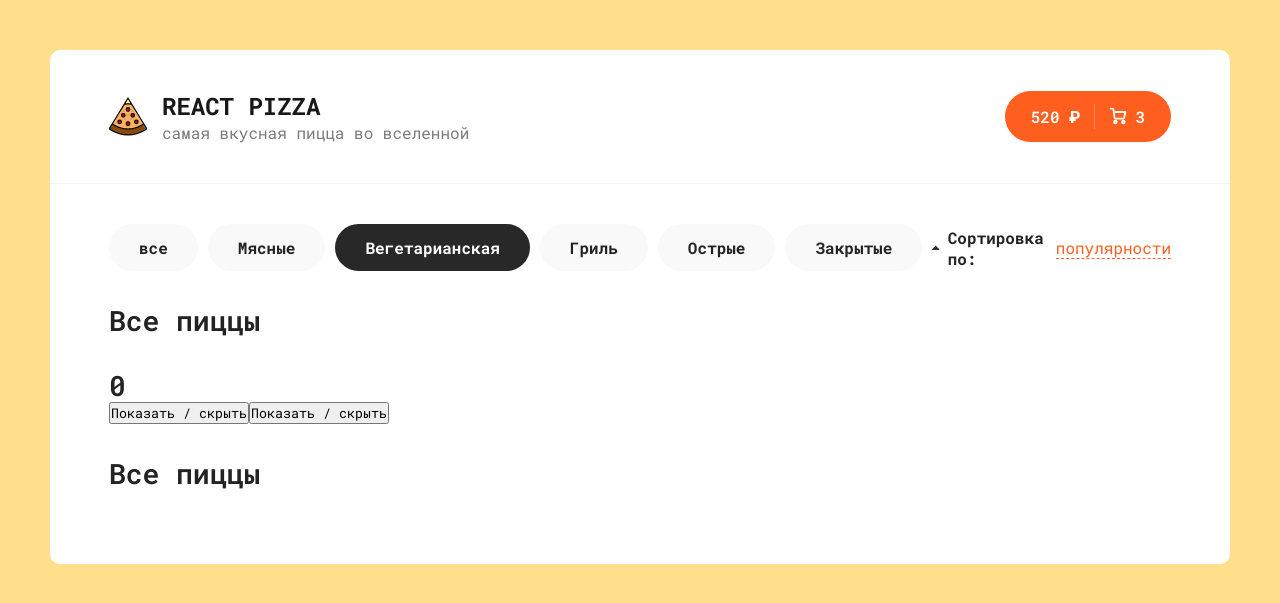
Repository: TI-IT/react-pizza2
Page: /
An editor plug-in stored every save of this project. The page is shown before and after the next save, followed by the edit.
The browser window is 1280 px wide. The pictures show the whole page.
The project was rebuilt for these pictures with package versions that can differ from the ones it lists, and the page was loaded fresh each time. Also part of the build but not shown: src/components/PizzaBlock.jsx.

Above is the page before, as saved 2022-10-09 13:25:19.

### public/index.html
<!DOCTYPE html>
<html lang="en">
  <head>
    <meta charset="utf-8" />
    <link rel="icon" href="%PUBLIC_URL%/favicon.ico" />
    <link rel="preconnect" href="https://fonts.googleapis.com" />
    <link rel="preconnect" href="https://fonts.gstatic.com" crossorigin />
    <link
      href="https://fonts.googleapis.com/css2?family=Roboto+Mono:wght@300;400;500;600;700&display=swap"
      rel="stylesheet"
    />
    <meta name="viewport" content="width=device-width, initial-scale=1" />
    <meta name="theme-color" content="#000000" />
    <meta
      name="description"
      content="Web site created using create-react-app"
    />
    <link rel="apple-touch-icon" href="%PUBLIC_URL%/logo192.png" />
    <!--
      manifest.json provides metadata used when your web app is installed on a
      user's mobile device or desktop. See https://developers.google.com/web/fundamentals/web-app-manifest/
    -->
    <link rel="manifest" href="%PUBLIC_URL%/manifest.json" />
    <!--
      Notice the use of %PUBLIC_URL% in the tags above.
      It will be replaced with the URL of the `public` folder during the build.
      Only files inside the `public` folder can be referenced from the HTML.

      Unlike "/favicon.ico" or "favicon.ico", "%PUBLIC_URL%/favicon.ico" will
      work correctly both with client-side routing and a non-root public URL.
      Learn how to configure a non-root public URL by running `npm run build`.
    -->
    <title>React App</title>
  </head>
  <body>
    <noscript>You need to enable JavaScript to run this app.</noscript>
    <div id="root"></div>
    <!--
      This HTML file is a template.
      If you open it directly in the browser, you will see an empty page.

      You can add webfonts, meta tags, or analytics to this file.
      The build step will place the bundled scripts into the <body> tag.

      To begin the development, run `npm start` or `yarn start`.
      To create a production bundle, use `npm run build` or `yarn build`.
    -->
  </body>
</html>

### src/App.js
import React from 'react'
import './scss/app.scss'
import Header from './components/Header'
import Categories from './components/Categories'
import Sort from './components/Sort'
import PizzaBlock from './components/PizzaBlock'
import pizzas from './assets/pizza.json'

function App() {
  const [items, setItems] = React.useState([])

  const [count, setCount] = React.useState(0)

  const [visableH1, setVisableH1] = React.useState(true)

  const onClickVisable = () => {
    setVisableH1(tt => !tt)
  }
  //componentDidUpdate(), componentDidMount(), componentWillUnmount
  React.useEffect(() => {
    console.log('Обновление чего либо')
  })

  const link = 'https://63427733ba4478d4783c44ef.mockapi.io/items'
  // fetch(link)
  //   .then(res => {
  //     return res.json()
  //   })
  //   .then(json => {
  //     setItems(json)
  //   })

  return (
    <div className="wrapper">
      <Header />
      <div className="content">
        <div className="container">
          <div className="content__top">
            <Categories />
            <Sort />
          </div>
          {visableH1 && <h2 className="content__title">Все пиццы</h2>}
          <h2>{count}</h2>
          <button onClick={onClickVisable}>Показать / скрыть</button>
          <button onClick={() => setCount(count + 1)}>Показать / скрыть</button>

          <h2 className="content__title">Все пиццы</h2>
          <div className="content__items">
            {items.map(obj => (
              <PizzaBlock key={obj.id} {...obj} />
            ))}
          </div>
        </div>
      </div>
    </div>
  )
}

export default App

### src/scss/app.scss
@import './_variables.scss';
@import 'libs/_normalize.scss';

@import 'components/_all.scss';


body {
  background-color: $background;
}

.wrapper {
  width: calc(100vw - 100px);
  height: 100%;
  background-color: #fff;
  margin: 50px auto;
  border-radius: 10px;
  max-width: 1400px;
}

.content {
  padding: 40px 0;

  &__title {
    margin: 35px 0;
  }

  &__items {
    display: flex;
    flex-wrap: wrap;
    justify-content: space-between;
  }

  &__top {
    display: flex;
    align-items: center;
    justify-content: space-between;
  }
}

.container {
  width: $container-width;
  margin: 0 auto;

  &--cart {
    max-width: 820px;
    margin: 90px auto;
    .content__title {
      margin: 0;
    }
  }
}

.cart {
  &__top {
    display: flex;
    justify-content: space-between;
    align-items: center;
  }

  .content__title {
    display: flex;
    align-items: center;
    font-size: 32px;

    svg {
      position: relative;
      top: -2px;
      width: 30px;
      height: 30px;
      margin-right: 10px;
      path {
        stroke: $black;
        stroke-width: 1.9;
      }
    }
  }

  &__clear {
    display: flex;
    align-items: center;
    cursor: pointer;
    @include noselect();

    span {
      display: inline-block;
      margin-left: 7px;
      color: #b6b6b6;
      font-size: 18px;
    }

    span,
    svg,
    path {
      transition: all $duration ease-in-out;
    }

    &:hover {
      svg {
        path {
          stroke: darken($color: #b6b6b6, $amount: 50);
        }
      }
      span {
        color: darken($color: #b6b6b6, $amount: 50);
      }
    }
  }

  &__item {
    display: flex;
    width: 100%;
    border-top: 1px solid $gray-line;
    padding-top: 30px;
    margin-top: 30px;

    &-img {
      display: flex;
      align-items: center;
      margin-right: 15px;
      width: 10%;

      img {
        width: 80px;
        height: 80px;
      }
    }

    &-info {
      display: flex;
      flex-direction: column;
      justify-content: center;
      width: 40%;

      h3 {
        font-weight: bold;
        font-size: 22px;
        line-height: 27px;
        letter-spacing: 0.01em;
      }

      p {
        font-size: 18px;
        color: #8d8d8d;
      }
    }

    &-count {
      display: flex;
      align-items: center;
      justify-content: space-between;
      width: 13%;

      &-minus {
        svg {
          path:first-of-type {
            display: none;
          }
        }
      }

      b {
        font-size: 22px;
      }
    }

    &-price {
      display: flex;
      align-items: center;
      justify-content: center;
      width: 33%;

      b {
        font-weight: bold;
        font-size: 22px;
        letter-spacing: 0.01em;
      }
    }

    &-remove {
      display: flex;
      align-items: center;
      justify-content: flex-end;
      width: 4%;

      .button {
        border-color: darken($color: $gray-line, $amount: 10);
      }

      svg {
        transform: rotate(45deg);

        path {
          fill: darken($color: $gray-line, $amount: 15);
        }
      }

      .button {
        svg {
          width: 11.5px;
          height: 11.5px;
          position: relative;
        }
        &:hover,
        &:active {
          border-color: darken($color: $gray-line, $amount: 80);
          background-color: darken($color: $gray-line, $amount: 80);
        }
      }
    }
  }

  &__bottom {
    margin: 50px 0;

    &-details {
      display: flex;
      justify-content: space-between;

      span {
        font-size: 22px;

        &:last-of-type {
          b {
            color: $orange;
          }
        }
      }
    }

    &-buttons {
      display: flex;
      justify-content: space-between;
      margin-top: 40px;

      .go-back-btn {
        display: flex;
        align-items: center;
        justify-content: center;
        width: 210px;

        border-color: darken($color: $gray-line, $amount: 10);

        span {
          color: darken($color: $gray-line, $amount: 20);
          font-weight: 500;
          font-weight: 600;
        }

        &:hover {
          background-color: darken($color: $gray-line, $amount: 90);
          border-color: darken($color: $gray-line, $amount: 90);

          span {
            color: $gray-line;
          }
        }

        svg {
          margin-right: 12px;
          path {
            fill: transparent;
            stroke-width: 2;
          }
        }
      }

      .pay-btn {
        font-size: 16px;
        font-weight: 600;
        width: 210px;
        padding: 16px;
      }
    }
  }

  &--empty {
    margin: 0 auto;
    width: 560px;
    text-align: center;

    h2 {
      font-size: 32px;
      margin-bottom: 10px;
    }

    p {
      font-size: 18px;
      line-height: 145.4%;
      letter-spacing: 0.01em;
      color: #777777;
    }

    icon {
      position: relative;
      top: 2px;
    }

    img {
      display: block;
      width: 300px;
      margin: 45px auto 60px;
    }

    .button--black {
      padding: 12px 0 14px;
      width: 230px;
      margin: 0 auto;
      font-weight: 600;
      font-size: 18px;
    }
  }
}

### src/components/Header.jsx
import logoSVG from '../assets/img/pizza-logo.svg'

function Header() {
  return (
    <div className="header">
      <div className="container">
        <div className="header__logo">
          <img width="38" src={logoSVG} alt="Pizza logo" />
          <div>
            <h1>React Pizza</h1>
            <p>самая вкусная пицца во вселенной</p>
          </div>
        </div>
        <div className="header__cart">
          <a href="/cart.html" className="button button--cart">
            <span>520 ₽</span>
            <div className="button__delimiter"></div>
            <svg
              width="18"
              height="18"
              viewBox="0 0 18 18"
              fill="none"
              xmlns="http://www.w3.org/2000/svg">
              <path
                d="M6.33333 16.3333C7.06971 16.3333 7.66667 15.7364 7.66667 15C7.66667 14.2636 7.06971 13.6667 6.33333 13.6667C5.59695 13.6667 5 14.2636 5 15C5 15.7364 5.59695 16.3333 6.33333 16.3333Z"
                stroke="white"
                strokeWidth="1.8"
                strokeLinecap="round"
                strokeLinejoin="round"
              />
              <path
                d="M14.3333 16.3333C15.0697 16.3333 15.6667 15.7364 15.6667 15C15.6667 14.2636 15.0697 13.6667 14.3333 13.6667C13.597 13.6667 13 14.2636 13 15C13 15.7364 13.597 16.3333 14.3333 16.3333Z"
                stroke="white"
                strokeWidth="1.8"
                strokeLinecap="round"
                strokeLinejoin="round"
              />
              <path
                d="M4.78002 4.99999H16.3334L15.2134 10.5933C15.1524 10.9003 14.9854 11.176 14.7417 11.3722C14.4979 11.5684 14.1929 11.6727 13.88 11.6667H6.83335C6.50781 11.6694 6.1925 11.553 5.94689 11.3393C5.70128 11.1256 5.54233 10.8295 5.50002 10.5067L4.48669 2.82666C4.44466 2.50615 4.28764 2.21182 4.04482 1.99844C3.80201 1.78505 3.48994 1.66715 3.16669 1.66666H1.66669"
                stroke="white"
                strokeWidth="1.8"
                strokeLinecap="round"
                strokeLinejoin="round"
              />
            </svg>
            <span>3</span>
          </a>
        </div>
      </div>
    </div>
  )
}

export default Header

### src/components/Categories.jsx
import React from 'react'

function Categories() {
  const [activeIndex, setActivIndex] = React.useState(2)

  const categories = ['все', 'Мясные', 'Вегетарианская', 'Гриль', 'Острые', 'Закрытые']

  const onClickCategory = index => {
    setActivIndex(index)
  }
  return (
    <div className="categories">
      <ul>
        {categories.map((value, i) => (
          <li
            key={i}
            onClick={() => onClickCategory(i)}
            className={activeIndex === i ? 'active' : ''}>
            {value}
          </li>
        ))}
      </ul>
    </div>
  )
}
export default Categories

### src/components/Sort.jsx
import React from 'react'

function Sort() {
  const [open, setOpen] = React.useState(false)
  const [selected, setSelected] = React.useState(0)
  const list = ['популярности', 'цене', 'алфавиту']
  const sortName = list[selected]

  const onClickListItem = i => {
    setSelected(i)
    setOpen(false)
  }

  return (
    <div className="sort">
      <div className="sort__label">
        <svg
          width="10"
          height="6"
          viewBox="0 0 10 6"
          fill="none"
          xmlns="http://www.w3.org/2000/svg">
          <path
            d="M10 5C10 5.16927 9.93815 5.31576 9.81445 5.43945C9.69075 5.56315 9.54427 5.625 9.375 5.625H0.625C0.455729 5.625 0.309245 5.56315 0.185547 5.43945C0.061849 5.31576 0 5.16927 0 5C0 4.83073 0.061849 4.68424 0.185547 4.56055L4.56055 0.185547C4.68424 0.061849 4.83073 0 5 0C5.16927 0 5.31576 0.061849 5.43945 0.185547L9.81445 4.56055C9.93815 4.68424 10 4.83073 10 5Z"
            fill="#2C2C2C"
          />
        </svg>
        <b>Сортировка по:</b>
        <span onClick={() => setOpen(!open)}>{sortName}</span>
      </div>
      {open && (
        <div className="sort__popup">
          <ul>
            {list.map((name, i) => (
              <li
                key={i}
                onClick={() => onClickListItem(i)}
                className={selected === i ? 'active' : ''}>
                {name}
              </li>
            ))}
          </ul>
        </div>
      )}
    </div>
  )
}

export default Sort

### src/scss/libs/_normalize.scss
* {
  padding: 0;
  margin: 0;
  list-style: none;
  outline: none;
  font-family: 'Roboto Mono', Roboto, system-ui, Tahoma, sans-serif;
  box-sizing: border-box;
}

html {
  -ms-text-size-adjust: 100%;
  -webkit-text-size-adjust: 100%;
}

body {
  -moz-osx-font-smoothing: grayscale;
  -webkit-font-smoothing: antialiased;
  color: $black;
}

a,
span,
p,
b,
h1,
h2,
h3,
h4,
h5 {
  color: $black;
}

h1 {
  font-size: 48px;
}

h2 {
  font-weight: 600;
  font-size: 28px;
  line-height: 30px;
}

a {
  text-decoration: none;
}

@mixin noselect {
  -webkit-touch-callout: none; /* iOS Safari */
  -webkit-user-select: none; /* Safari */
  -khtml-user-select: none; /* Konqueror HTML */
  -moz-user-select: none; /* Old versions of Firefox */
  -ms-user-select: none; /* Internet Explorer/Edge */
  user-select: none; /* Non-prefixed version, currently
                                  supported by Chrome, Opera and Firefox */
}

### src/scss/components/_button.scss
@import '../variables.scss';

.button {
  display: inline-block;
  background-color: $orange;
  border-radius: 30px;
  padding: 10px 20px;
  min-width: 100px;
  text-align: center;
  cursor: pointer;
  transition: background-color $duration ease-in-out, border-color $duration ease-in-out;
  border: 1px solid transparent;
  @include noselect();

  &,
  span {
    color: #fff;
  }

  i,
  span,
  path,
  svg {
    transition: all $duration ease-in-out;
  }

  &:hover {
    background-color: darken($orange, 8%);
  }

  &:active {
    background-color: darken($orange, 12%);
    transform: translateY(1px);
  }

  &--circle {
    display: flex;
    align-items: center;
    justify-content: center;
    width: 32px;
    height: 32px;
    min-width: 32px;
    padding: 0;
    border-width: 2px;
  }

  &--black {
    background-color: $black;

    &:hover,
    &:active {
      background-color: lighten($color: $black, $amount: 10);
    }
  }

  &--outline {
    background-color: #fff;
    border-color: $orange;
    &,
    span {
      color: $orange;
    }

    svg {
      path {
        fill: $orange;
      }
    }

    &:hover {
      background-color: $orange;

      &,
      span {
        color: #fff;
      }

      svg {
        path {
          fill: #fff;
        }
      }
    }

    &:active {
      background-color: darken($orange, 8%);
    }
  }

  &__delimiter {
    width: 1px;
    height: 25px;
    background-color: rgba(255, 255, 255, 0.25);
    margin-left: 14px;
    margin-right: 14px;
  }

  &--add {
    svg {
      margin-right: 2px;
    }

    span {
      font-weight: 600;
      font-size: 16px;
    }

    &:hover {
      i {
        background-color: #fff;
        color: $orange;
      }
    }

    i {
      display: inline-block;
      border-radius: 30px;
      background-color: $orange;
      color: #fff;
      font-weight: 600;
      width: 22px;
      height: 22px;
      font-style: normal;
      font-size: 13px;
      line-height: 22px;
      position: relative;
      top: -1px;
      left: 3px;
    }
  }

  &--cart {
    display: flex;
    align-items: center;
    line-height: 23px;
    padding: 12px 25px;

    svg {
      margin-right: 8px;
      margin-bottom: 1px;
    }

    span {
      font-weight: 600;
      font-size: 16px;
    }
  }
}

### src/scss/components/_sort.scss
@import '../variables.scss';

.sort {
  position: relative;
  &__label {
    display: flex;
    align-items: center;

    svg {
      margin-right: 8px;
    }

    b {
      margin-right: 8px;
    }

    span {
      color: $orange;
      border-bottom: 1px dashed $orange;
      cursor: pointer;
    }
  }

  &__popup {
    position: absolute;
    right: 0;
    margin-top: 15px;
    background: #ffffff;
    box-shadow: 0px 5px 15px rgba(0, 0, 0, 0.09);
    border-radius: 10px;
    overflow: hidden;
    padding: 10px 0;
    width: 160px;

    ul {
      overflow: hidden;
      li {
        padding: 12px 20px;
        cursor: pointer;

        &.active,
        &:hover {
          background: rgba(254, 95, 30, 0.05);
        }

        &.active {
          font-weight: bold;
          color: $orange;
        }
      }
    }
  }
}

### src/scss/components/_pizza-block.scss
@import '../variables.scss';

.pizza-block {
  width: 280px;
  text-align: center;
  margin-bottom: 65px;

  &:not(:nth-of-type(4n)) {
    margin-right: 35px;
  }

  &__image {
    width: 260px;
  }

  &__title {
    font-size: 20px;
    font-weight: 900;
    letter-spacing: 1%;
    margin-bottom: 20px;
  }

  &__selector {
    display: flex;
    background-color: #f3f3f3;
    border-radius: 10px;
    flex-direction: column;
    padding: 6px;

    ul {
      display: flex;
      flex: 1;

      &:first-of-type {
        margin-bottom: 6px;
      }

      li {
        padding: 8px;
        flex: 1;
        cursor: pointer;
        font-weight: 600;
        font-size: 14px;
        @include noselect();
        &.active {
          background: #ffffff;
          box-shadow: 0px 2px 4px rgba(0, 0, 0, 0.04);
          border-radius: 5px;
          cursor: auto;
        }
      }
    }
  }

  &__bottom {
    display: flex;
    align-items: center;
    justify-content: space-between;
    margin-top: 20px;
  }

  &__price {
    font-weight: bold;
    font-size: 22px;
    line-height: 27px;
    letter-spacing: 0.015em;
  }
}

Loaded but not shown: src/index.js (common file); src/assets/pizza.json (common file); src/scss/_variables.scss (common file); src/scss/components/_all.scss (common file); src/scss/components/_header.scss (common file); src/scss/components/_categories.scss (common file)

After the next save:
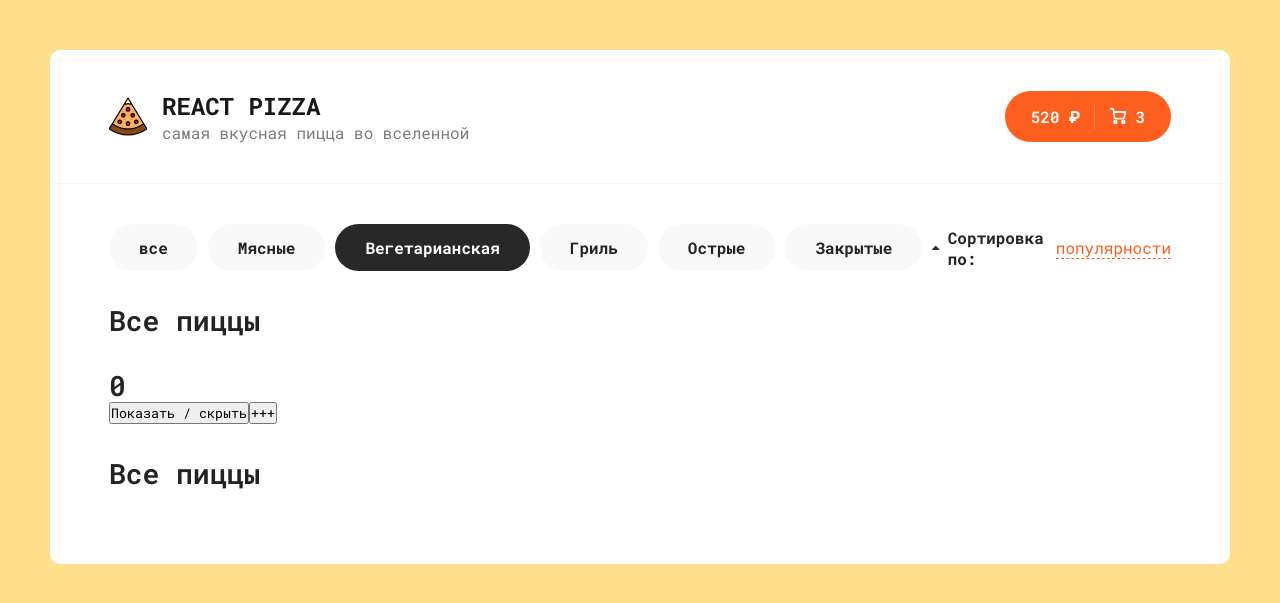
Saved 10 s later.
--- a/src/App.js
+++ b/src/App.js
@@ -42,7 +42,7 @@ function App() {
           {visableH1 && <h2 className="content__title">Все пиццы</h2>}
           <h2>{count}</h2>
           <button onClick={onClickVisable}>Показать / скрыть</button>
-          <button onClick={() => setCount(count + 1)}>Показать / скрыть</button>
+          <button onClick={() => setCount(count + 1)}>+++</button>
 
           <h2 className="content__title">Все пиццы</h2>
           <div className="content__items">
